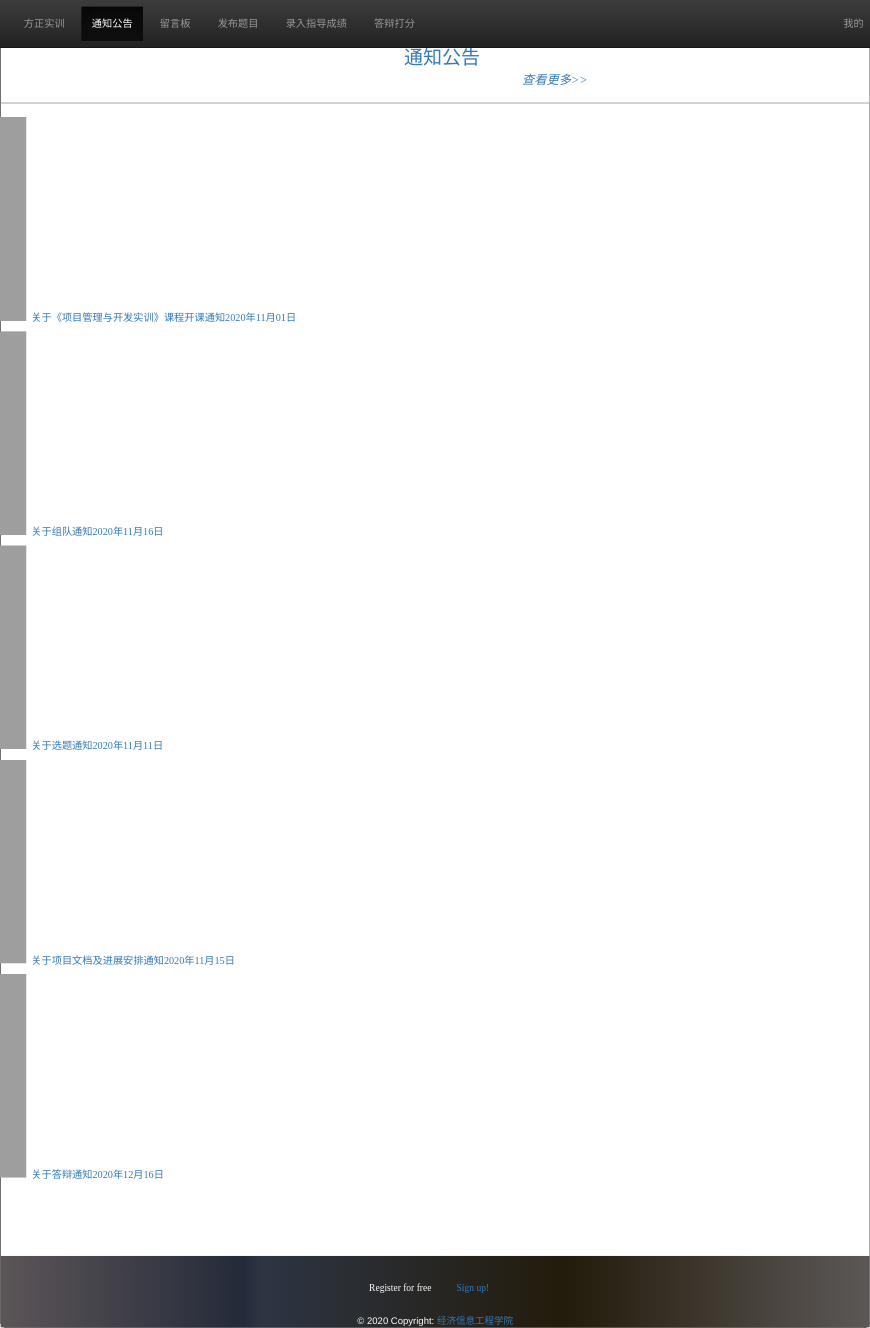
Repository: Kong-T/Practical-training
Page: Teacher/html/Tnotice.html
The author's editor kept a copy of each file at every save. The page is drawn from the files as they stood at one save, then again after the next save.
The browser window is 1280 px wide. The pictures show the whole page, at 68% of full size.
The page's requests for data from a server got no answer. Some web libraries are served in a nearby version.

Above is the page before, as saved 2020-12-14 20:52:47.

After the next save:
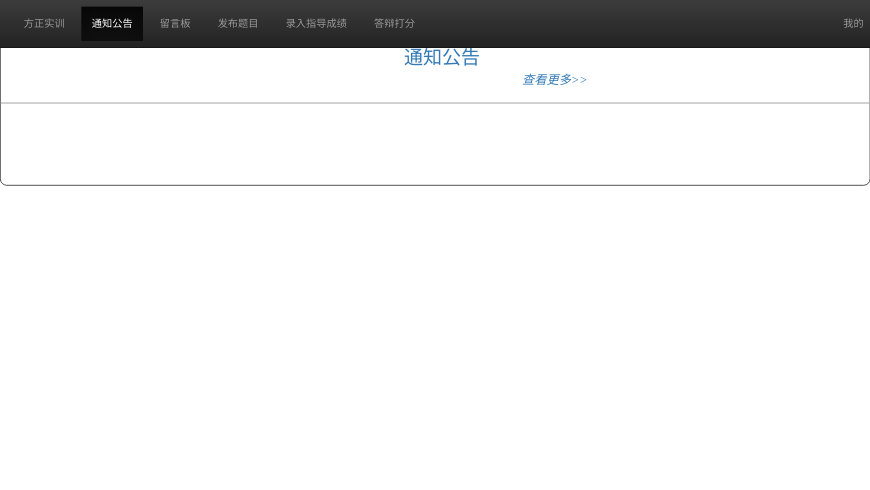
Saved 3 h 59 min later.
--- a/Teacher/html/Tnotice.html
+++ b/Teacher/html/Tnotice.html
@@ -38,7 +38,7 @@
 
         var str = "";//定义用于拼接的字符串
         for (var j = 0; j < window.length; j++){
-          str += "<li>" + "<a href = notice.html?Notice_title="+data.title[j]+">"+data.title[j] + data.time[j] + "</a></li>";
+          str += "<li>" + "<a href = \"notice.html?Notice_title="+data.title[j]+" \" target=\"_blank\">"+data.title[j] + data.time[j] + "</a></li>";
           console.log(str);
           $("#ol").html(str);
 
@@ -85,41 +85,10 @@
   <hr />
 
   <ol id = "ol">
-    <li><a href="../../web/bord&notice/note2.html">关于《项目管理与开发实训》课程开课通知</a><a class="date">2020年11月01日</a< /li>
-    <li><a href="../../web/bord&notice/note2.html"> 关于组队通知</a><a class="date">2020年11月16日</a></li>
-    <li><a href="../../web/bord&notice/note2.html">关于选题通知</a><a class="date">2020年11月11日</a></li>
-    <li><a href="../../web/bord&notice/note2.html">关于项目文档及进展安排通知</a><a class="date">2020年11月15日</a></li>
-    <li> <a href="../../web/bord&notice/note2.html">关于答辩通知</a><a class="date">2020年12月16日</a></li>
+
   </ol>
   <div class="tan"></div>
-  <!-- Footer -->
-  <footer class="page-footer font-small unique-color-dark pt-4">
 
-    <!-- Footer Elements -->
-    <div class="container">
-
-      <!-- Call to action -->
-      <ul class="list-unstyled list-inline text-center py-2">
-        <li class="list-inline-item">
-          <h5 class="mb-1">Register for free</h5>
-        </li>
-        <li class="list-inline-item">
-          <a href="#!" class="btn btn-outline-white btn-rounded">Sign up!</a>
-        </li>
-      </ul>
-      <!-- Call to action -->
-
-    </div>
-    <!-- Footer Elements -->
-
-    <!-- Copyright -->
-    <div class="footer-copyright text-center py-3">© 2020 Copyright:
-      <a href="https://mdbootstrap.com/">经济信息工程学院</a>
-    </div>
-    <!-- Copyright -->
-
-  </footer>
-  <!-- Footer -->
 
 </body>
 
